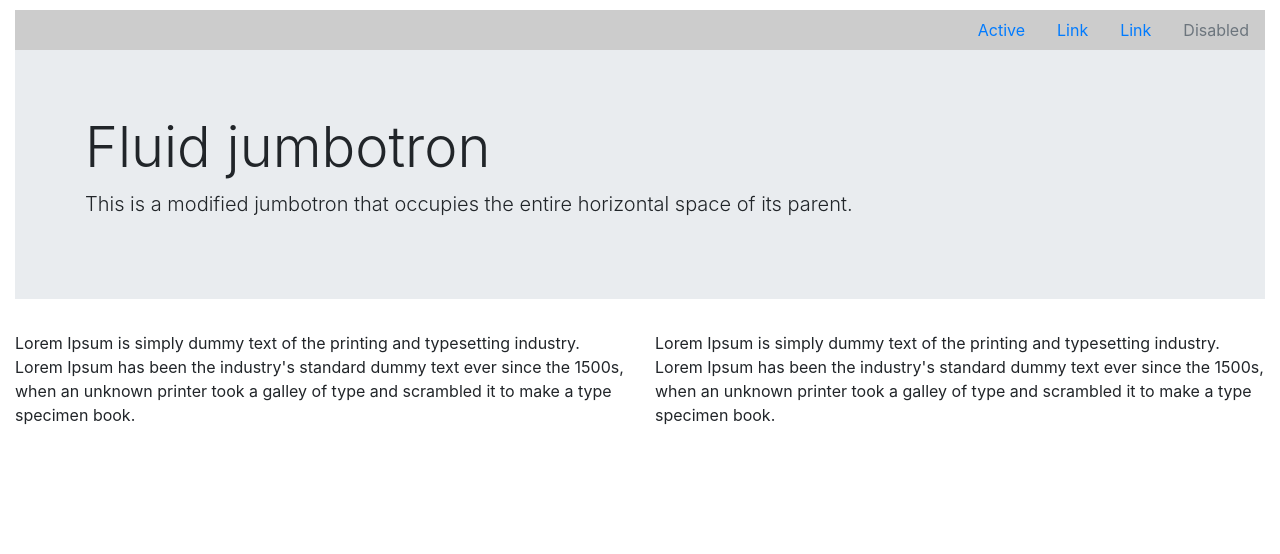
Repository: Green-Technologies-Angular/HTML
Page: index.html
The author's editor kept a copy of each file at every save. The page is drawn from the files as they stood at one save, then again after the next save.
The browser window is 1280 px wide. The pictures show the whole page.

Above is the page before, as saved 2019-01-31 10:11:35.

### index.html
<!DOCTYPE html>
<html>

<head>
    <title>Title of the document</title>
    <link rel="stylesheet" href="css/bootstrap.css">
    <link rel="stylesheet" href="css/index.css">
    <style>
        .border {
            border: 1px solid #ccc;
        }
        .bg-nav{
            background: green;
        }
    </style>
    <script>
        localStorage.setItem("name", "tamilsdfsdfsdfsdfmani");
        console.log(localStorage.getItem('name'));
    </script>
</head>

<body>
    <div class="container-fluid">
        <ul class="nav justify-content-end bg-nav" style="background: #ccc;">
            <li class="nav-item">
                <a class="nav-link active" href="#">Active</a>
            </li>
            <li class="nav-item">
                <a class="nav-link" href="#">Link</a>
            </li>
            <li class="nav-item">
                <a class="nav-link" href="#">Link</a>
            </li>
            <li class="nav-item">
                <a class="nav-link disabled" href="#" tabindex="-1" aria-disabled="true">Disabled</a>
            </li>
        </ul>
        <div class="jumbotron jumbotron-fluid">
            <div class="container">
                <h1 class="display-4">Fluid jumbotron</h1>
                <p class="lead">This is a modified jumbotron that occupies the entire horizontal space of its parent.</p>
            </div>
        </div>
        <div class="row">
            <div class="col-xl-6 col-lg-6 col-md-6 col-sm-6">
                Lorem Ipsum is simply dummy text of the printing and typesetting industry. Lorem Ipsum has been the
                industry's standard dummy text ever since the 1500s, when an unknown printer took a galley of type and
                scrambled it to make a type specimen book.
            </div>
            <div class="col-xl-6 col-lg-6 col-md-6 col-sm-6">
                Lorem Ipsum is simply dummy text of the printing and typesetting industry. Lorem Ipsum has been the
                industry's standard dummy text ever since the 1500s, when an unknown printer took a galley of type and
                scrambled it to make a type specimen book.
            </div>
        </div>
    </div>
    <script src="script/jquery.js"></script>
    <script src="script/popper.js"></script>
    <script src="script/bootstrap.js"></script>
</body>

</html>

### css/index.css
.bg-nav{
    background: red;
}
@media (min-width: 992px) {
    .bg-nav{
        background: red;
        margin-top:10px;
    }
 }

Loaded but not shown: css/bootstrap.css (library); script/jquery.js (library); script/popper.js (library); script/bootstrap.js (library)

After the next save:
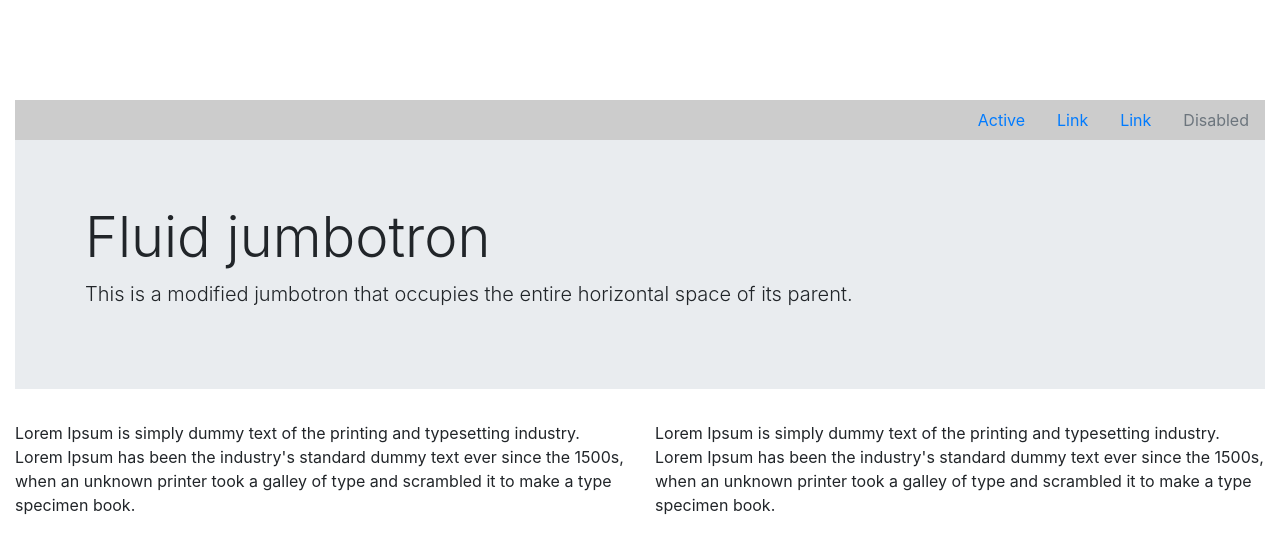
Saved 11 s later.
--- a/css/index.css
+++ b/css/index.css
@@ -4,6 +4,6 @@
 @media (min-width: 992px) {
     .bg-nav{
         background: red;
-        margin-top:10px;
+        margin-top:100px;
     }
  }
